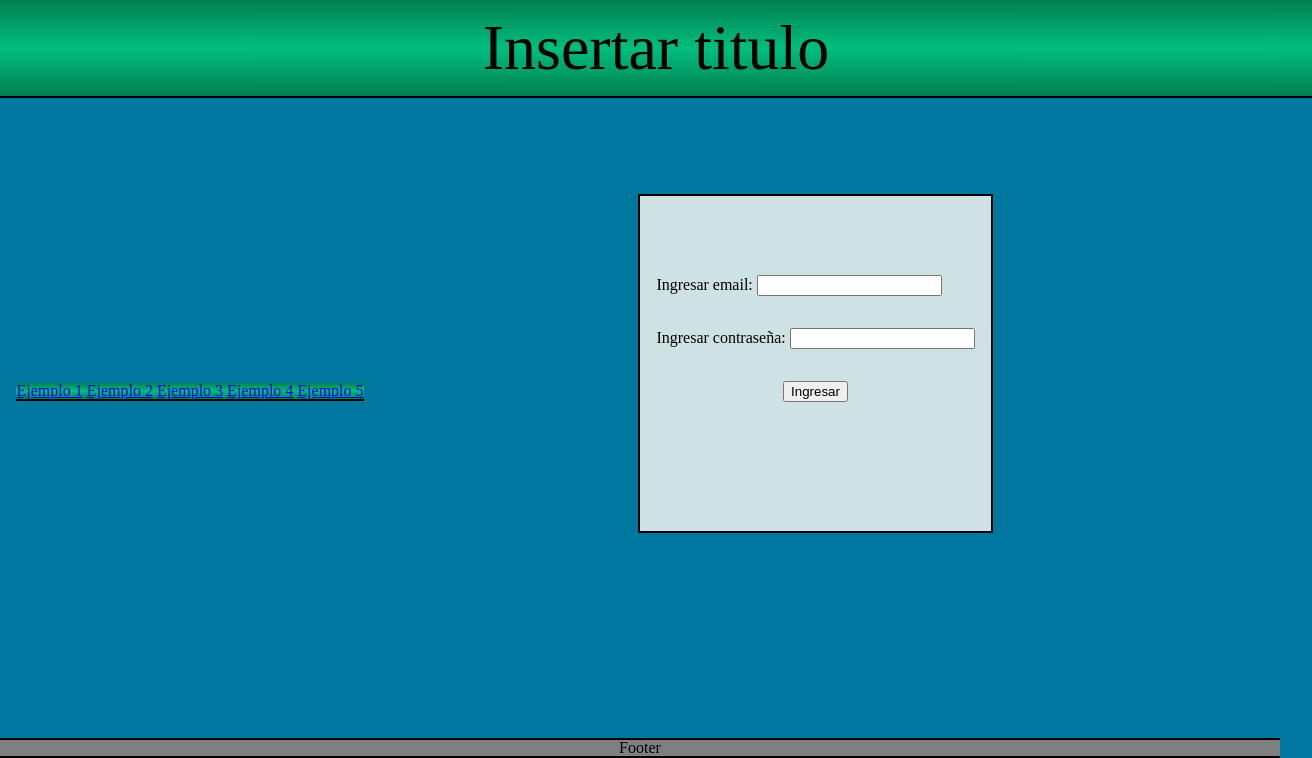
Repository: FacundoKinderknecht/Parcial-2-LPPA
Page: login/login.html
These files come from the project's save history. The page is drawn as it stood at one moment and after the next save; the edit follows.
The browser window is 1280 px wide. The page is 1312 px wide, so the pictures cover 1312 px, including what lies to the right of the window. The pictures show the whole page.

Above is the page before, as saved 2022-07-06 10:38:51.

### login/login.html
<!DOCTYPE html>
<html lang="en">
<head>
    <meta charset="UTF-8">
    <meta http-equiv="X-UA-Compatible" content="IE=edge">
    <meta name="viewport" content="width=device-width, initial-scale=1.0">
    <title>Document</title>
    <link rel="stylesheet" href="/reset.css">
    <link rel="stylesheet" href="/login/login.css">
    <script src="/login/login.js"></script>
</head>
<body>
    <header>
        <h1>Insertar titulo</h1>
    </header>
    <nav>
        <li>
            <a href="#">Ejemplo 1</a>
            <a href="#">Ejemplo 2</a>
            <a href="#">Ejemplo 3</a>
            <a href="#">Ejemplo 4</a>
            <a href="#">Ejemplo 5</a>
        </li>
    </nav>
    <main>
        <form>
            <div class="email">
                <label for="email">Ingresar email:</label>
                <input type="text" name="email" id="email">
            </div>
            <div class="contraseña">
                <label for="contraseña">Ingresar contraseña:</label>
                <input type="password" name="contraseña" id="contraseña">
            </div>
            <div class="boton">
                <input type="submit" value="Ingresar">
            </div>
        </form>
    </main>
    <footer>
        <p>Footer</p>
    </footer>
</body>
</html>

### login/login.css
header{
    width: 100%;
    border-bottom: black 2px solid;
    padding: 1rem;
    font-size: 400%;
    background: linear-gradient(to top, rgb(4, 126, 83), rgb(0, 190, 126), rgb(4, 126, 83));
}
nav{
    background: linear-gradient(to top, rgb(4, 126, 83), rgb(0, 190, 126), rgb(4, 126, 83));
    display: inline-block;
    border-bottom: black 2px solid;
    text-decoration: none;
}
li{
    text-decoration: none;
    list-style: none;
    color: black;
}
body{
    background-color: rgb(0, 119, 159);
    height: 100%;
    align-items: center;
    text-align: center;
    margin: 0;
}
main{
    display: inline-block;
    width: 70%;
    padding-top: 6rem;
    height: 34rem;
}
form{
    display: inline-block;
    background-color: rgb(207, 226, 227);  border: black solid 2px;
    padding-top: 7%;
    height: 50%;
    align-items: center;
    text-align: center;
}
div{
    text-align: left;
    align-items:left;
    padding: 1rem;
}
.boton{
    text-align: center;
}
footer{
    border-top: 2px solid black;
    border-bottom: 2px solid black;
    background-color: grey;
    bottom: 0;
    width: 100%;
}

Loaded but not shown: reset.css (common file); login/login.js (no stored copy; drawn as an empty file)

After the next save:
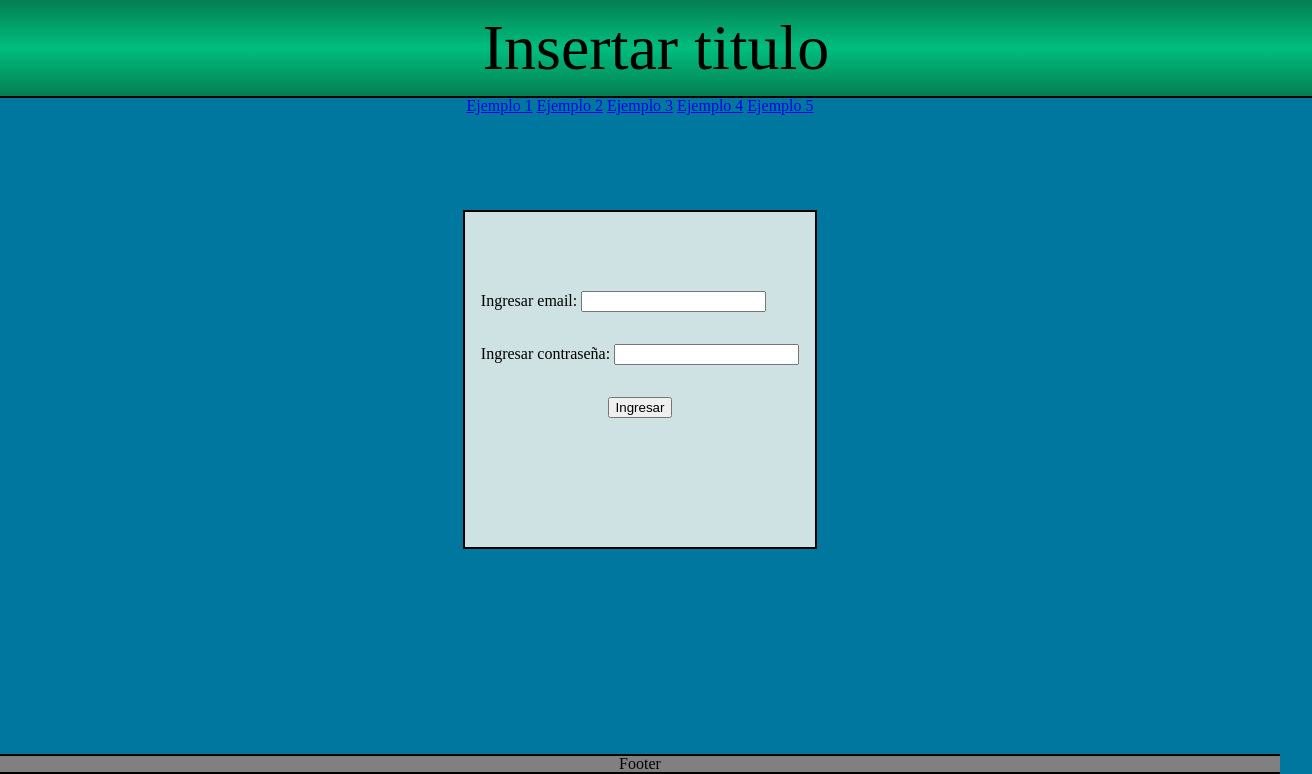
Saved 9 s later.
--- a/login/login.css
+++ b/login/login.css
@@ -7,7 +7,7 @@ header{
 }
 nav{
     background: linear-gradient(to top, rgb(4, 126, 83), rgb(0, 190, 126), rgb(4, 126, 83));
-    display: inline-block;
+    display: inline;
     border-bottom: black 2px solid;
     text-decoration: none;
 }
